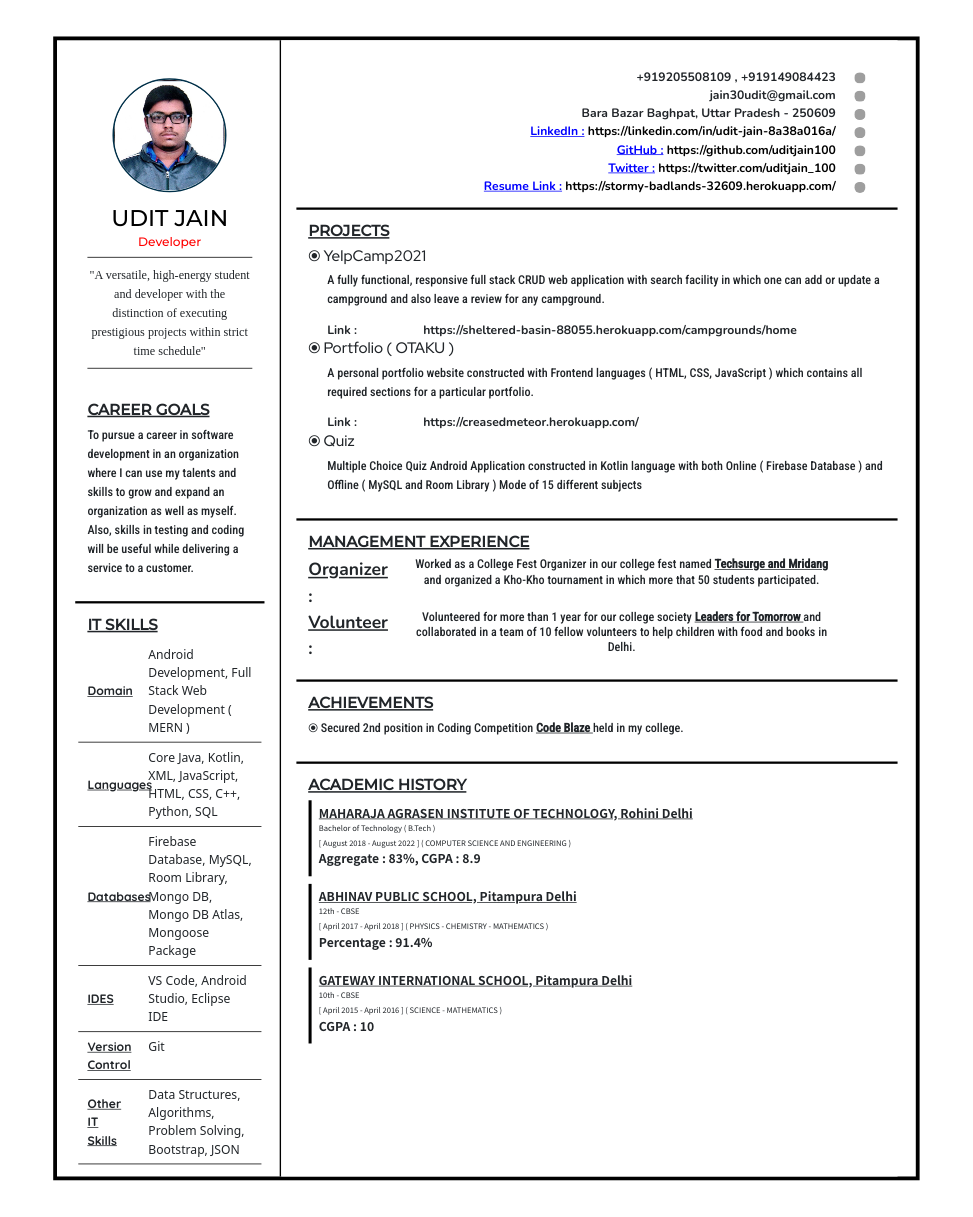
Repository: uditjain100/Resume
Page: app.html
An editor plug-in stored every save of this project. The page is shown before and after the next save, followed by the edit.
The browser window is 1280 px wide. The pictures show the whole page, at 76% of full size.
Pictures or frames that could not be fetched are drawn as grey boxes. Some web fonts or font styles are not loaded; a fallback is used.

Above is the page before, as saved 2021-05-27 21:00:41.

### app.html
<!DOCTYPE html>
<html lang="en">
	<head>
		<meta charset="UTF-8" />
		<meta http-equiv="X-UA-Compatible" content="IE=edge" />
		<meta name="viewport" content="width=device-width, initial-scale=1.0" />
		<title>RESUME : Udit Jain</title>
		<link rel="stylesheet" href="app.css" />
		<script
			src="https://code.jquery.com/jquery-3.5.1.min.js"
			integrity="sha256-9/aliU8dGd2tb6OSsuzixeV4y/faTqgFtohetphbbj0="
			crossorigin="anonymous"
		></script>
		<link
			href="https://cdn.jsdelivr.net/npm/bootstrap@5.0.0-beta1/dist/css/bootstrap.min.css"
			rel="stylesheet"
			integrity="sha384-giJF6kkoqNQ00vy+HMDP7azOuL0xtbfIcaT9wjKHr8RbDVddVHyTfAAsrekwKmP1"
			crossorigin="anonymous"
		/>

		<link rel="preconnect" href="https://fonts.gstatic.com" />
		<link
			href="https://fonts.googleapis.com/css2?family=Montserrat:wght@300;500&display=swap"
			rel="stylesheet"
		/>
		<link
			href="https://fonts.googleapis.com/css2?family=Roboto+Condensed:wght@500&display=swap"
			rel="stylesheet"
		/>
		<link
			href="https://fonts.googleapis.com/css2?family=Spartan:wght@500&display=swap"
			rel="stylesheet"
		/>
		<link
			href="https://fonts.googleapis.com/css2?family=Red+Hat+Display:wght@500&display=swap"
			rel="stylesheet"
		/>
		<link
			href="https://fonts.googleapis.com/css2?family=Ubuntu:wght@300&display=swap"
			rel="stylesheet"
		/>
		<link
			href="https://fonts.googleapis.com/css2?family=Quicksand:wght@700&display=swap"
			rel="stylesheet"
		/>
		<link
			href="https://fonts.googleapis.com/css2?family=Nunito:wght@700&display=swap"
			rel="stylesheet"
		/>
		<link
			href="https://fonts.googleapis.com/css2?family=Akaya+Kanadaka&display=swap"
			rel="stylesheet"
		/>
		<link
			href="https://fonts.googleapis.com/css2?family=Poppins:wght@400&display=swap"
			rel="stylesheet"
		/>
		<link
			href="https://fonts.googleapis.com/css2?family=Noto+Sans+JP&display=swap"
			rel="stylesheet"
		/>
	</head>
	<body>
		<main class="container row my-5 mx-auto" id="wholewindow">
			<section id="leftwindow" class="col-3">
				<article id="namebox">
					<img
						id="profileimg"
						src="profile.jpg"
						class="card-img-top"
						alt="..."
					/>
					<div class="card-body">
						<h3
							class="card-title"
							style="
								color: black;
								text-decoration: none;
								font-size: 30px;
								font-weight: 400;
							"
						>
							UDIT JAIN
						</h3>
						<h6 class="card-subtitle mx-auto">Developer</h6>
						<p id="summary">
							"A versatile, high-energy student and developer with the
							distinction of executing prestigious projects within strict time
							schedule"
						</p>
					</div>
				</article>

				<article class="card-body" id="goalbox">
					<h3 class="card-title">CAREER GOALS</h3>
					<p>
						To pursue a career in software development in an organization where
						I can use my talents and skills to grow and expand an organization
						as well as myself. Also, skills in testing and coding will be useful
						while delivering a service to a customer.
					</p>
				</article>

				<article class="card-body" id="itskillsbox">
					<h3 class="card-title">IT SKILLS</h3>
					<ul class="list-group">
						<li id="itskillsitem" class="row">
							<span class="col-4" id="que">Domain</span>
							<span class="col-8" id="ans"
								>Android Development, Full Stack Web Development ( MERN )</span
							>
						</li>
						<li id="itskillsitem" class="row">
							<span class="col-4" id="que">Languages</span>
							<span class="col-8" id="ans"
								>Core Java, Kotlin, XML, JavaScript, HTML, CSS, C++, Python,
								SQL</span
							>
						</li>
						<li id="itskillsitem" class="row">
							<span class="col-4" id="que">Databases</span>
							<span class="col-8" id="ans"
								>Firebase Database, MySQL, Room Library, Mongo DB, Mongo DB
								Atlas, Mongoose Package</span
							>
						</li>
						<li id="itskillsitem" class="row">
							<span class="col-4" id="que">IDES</span>
							<span class="col-8" id="ans"
								>VS Code, Android Studio, Eclipse IDE</span
							>
						</li>
						<li id="itskillsitem" class="row">
							<span class="col-4" id="que">Version Control</span>
							<span class="col-8" id="ans">Git</span>
						</li>
						<li id="itskillsitem" class="row">
							<span class="col-4" id="que">Other IT Skills</span>
							<span class="col-8" id="ans"
								>Data Structures, Algorithms, Problem Solving, Bootstrap,
								JSON</span
							>
						</li>
					</ul>
				</article>
			</section>
			<section id="rightwindow" class="col-9">
				<article class="card-body" id="contactbox">
					<ul class="list-group">
						<li id="contactitem" class="row">
							<div class="col-11">+919205508109 , +919149084423</div>
							<div class="col-1">
								<img
									src="https://cdn.jsdelivr.net/npm/simple-icons@3.0.1/icons/android.svg"
									alt=""
								/>
							</div>
						</li>
						<li id="contactitem" class="row">
							<div class="col-11">jain30udit@gmail.com</div>
							<div class="col-1">
								<img
									src="https://cdn.jsdelivr.net/npm/simple-icons@3.0.1/icons/gmail.svg"
									alt=""
								/>
							</div>
						</li>
						<li id="contactitem" class="row">
							<div class="col-11">
								Bara Bazar Baghpat, Uttar Pradesh - 250609
							</div>
							<div class="col-1">
								<img
									src="https://cdn.jsdelivr.net/npm/simple-icons@3.0.1/icons/googlemaps.svg"
									alt=""
								/>
							</div>
						</li>
						<li id="contactitem" class="row">
							<div class="col-11">
								<span>LinkedIn :</span>
								<a href="https://linkedin.com/in/udit-jain-8a38a016a/"
									>https://linkedin.com/in/udit-jain-8a38a016a/</a
								>
							</div>
							<div class="col-1">
								<img
									src="https://cdn.jsdelivr.net/npm/simple-icons@4.13.0/icons/linkedin.svg"
									alt=""
								/>
							</div>
						</li>
						<li id="contactitem" class="row">
							<div class="col-11">
								<span>GitHub :</span>
								<a href="https://github.com/uditjain100"
									>https://github.com/uditjain100</a
								>
							</div>
							<div class="col-1">
								<img
									src="https://cdn.jsdelivr.net/npm/simple-icons@4.13.0/icons/github.svg"
									alt=""
								/>
							</div>
						</li>
						<li id="contactitem" class="row">
							<div class="col-11">
								<span>Twitter :</span>
								<a href="https://twitter.com/uditjain_100"
									>https://twitter.com/uditjain_100</a
								>
							</div>
							<div class="col-1">
								<img
									src="https://cdn.jsdelivr.net/npm/simple-icons@4.13.0/icons/twitter.svg"
									alt=""
								/>
							</div>
						</li>
						<li id="contactitem" class="row">
							<div class="col-11">
								<span>Resume Link :</span>
								<a href="https://stormy-badlands-32609.herokuapp.com/"
									>https://stormy-badlands-32609.herokuapp.com/</a
								>
							</div>
							<div class="col-1">
								<img
									src="https://cdn.jsdelivr.net/npm/simple-icons@4.13.0/icons/webpack.svg"
									alt=""
								/>
							</div>
						</li>
					</ul>
				</article>

				<article class="card-body" id="projectbox">
					<h3 class="card-title">PROJECTS</h3>
					<ul class="list-group">
						<li id="projectitem">
							<h5 id="projecttitle">⦿ YelpCamp2021</h5>
							<div id="projectdetails">
								<p>
									A fully functional, responsive full stack CRUD web application
									with search facility in which one can add or update a
									campground and also leave a review for any campground.
								</p>
								<ul class="list-group">
									<li id="contactitem" class="row">
										<span class="col-2" style="font-weight: 700">Link : </span>
										<span id="link" class="col-10">
											https://sheltered-basin-88055.herokuapp.com/campgrounds/home
										</span>
									</li>
								</ul>
							</div>
						</li>
						<li id="projectitem">
							<h5 id="projecttitle">⦿ Portfolio ( OTAKU )</h5>
							<div id="projectdetails">
								<p>
									A personal portfolio website constructed with Frontend
									languages ( HTML, CSS, JavaScript ) which contains all
									required sections for a particular portfolio.
								</p>
								<ul class="list-group">
									<li id="contactitem" class="row">
										<span class="col-2" style="font-weight: 700">Link : </span>
										<span id="link" class="col-10">
											https://creasedmeteor.herokuapp.com/
										</span>
									</li>
								</ul>
							</div>
						</li>
						<li id="projectitem">
							<h5 id="projecttitle">⦿ Quiz</h5>
							<div id="projectdetails">
								<p>
									Multiple Choice Quiz Android Application constructed in Kotlin
									language with both Online ( Firebase Database ) and Offline (
									MySQL and Room Library ) Mode of 15 different subjects
								</p>
							</div>
						</li>
					</ul>
				</article>

				<article class="card-body" id="managementskillsbox">
					<h3 class="card-title">MANAGEMENT EXPERIENCE</h3>
					<ul class="list-group">
						<li id="managementskillsitem" class="row">
							<span id="tag" class="col-2"><span>Organizer</span> : </span>
							<p class="col-9">
								Worked as a College Fest Organizer in our college fest named
								<span style="font-weight: 700; text-decoration: underline"
									>Techsurge and Mridang
								</span>
								and organized a Kho-Kho tournament in which more that 50
								students participated.
							</p>
						</li>
						<li id="managementskillsitem" class="row">
							<span id="tag" class="col-2"><span>Volunteer</span> : </span>
							<p class="col-9">
								Volunteered for more than 1 year for our college society
								<span style="font-weight: 700; text-decoration: underline"
									>Leaders for Tomorrow </span
								>and collaborated in a team of 10 fellow volunteers to help
								children with food and books in Delhi.
							</p>
						</li>
					</ul>
				</article>

				<article class="card-body" id="achievementsbox">
					<h3 class="card-title">ACHIEVEMENTS</h3>
					<ul class="list-group">
						<li id="achievementitem" class="row">
							<p>
								⦿ Secured 2nd position in Coding Competition
								<span style="font-weight: 700; text-decoration: underline"
									>Code Blaze
								</span>
								held in my college.
							</p>
						</li>
					</ul>
				</article>

				<article class="card-body" id="educationbox">
					<h3 class="card-title">ACADEMIC HISTORY</h3>
					<ul class="list-group">
						<li id="educationitem">
							<h6 id="institutename">
								MAHARAJA AGRASEN INSTITUTE OF TECHNOLOGY, Rohini Delhi
							</h6>
							<h6 id="stream">Bachelor of Technology ( B.Tech )</h6>
							<h6 id="subjects">
								[ August 2018 - August 2022 ] ( COMPUTER SCIENCE AND ENGINEERING
								)
							</h6>
							<h6 id="marks">Aggregate : 83%, CGPA : 8.9</h6>
						</li>
						<li id="educationitem">
							<h6 id="institutename">ABHINAV PUBLIC SCHOOL, Pitampura Delhi</h6>
							<h6 id="stream">12th - CBSE</h6>
							<h6 id="subjects">
								[ April 2017 - April 2018 ] ( PHYSICS - CHEMISTRY - MATHEMATICS
								)
							</h6>
							<h6 id="marks">Percentage : 91.4%</h6>
						</li>
						<li id="educationitem">
							<h6 id="institutename">
								GATEWAY INTERNATIONAL SCHOOL, Pitampura Delhi
							</h6>
							<h6 id="stream">10th - CBSE</h6>
							<h6 id="subjects">
								[ April 2015 - April 2016 ] ( SCIENCE - MATHEMATICS )
							</h6>
							<h6 id="marks">CGPA : 10</h6>
						</li>
					</ul>
				</article>
			</section>
		</main>
	</body>
</html>

### app.css
/* * Common Section */

@keyframes transitionIn {
	from {
		opacity: 0;
		transform: rotateY(-10deg);
	}
	to {
		opacity: 1;
		transform: rotateY(0);
	}
}

html {
	animation: transitionIn 1s;
}

p {
	font-family: "Roboto Condensed", sans-serif;
	line-height: 25px;
}

ul {
	list-style: none;
}
article {
	border-bottom: 3px black solid;
}

.card-title {
	font-family: "Montserrat";
	text-decoration: underline;
	font-weight: 900;
	font-size: 20px;
}

.card-subtitle {
	color: red;
}

.footer {
	position: -webkit-sticky;
	left: 0;
	bottom: 0;
	width: 100%;
	color: white;
	text-align: center;
	font-family: "Montserrat";
}

/*  ********************* resume work */

#wholewindow {
	border: 5px black solid;
	display: flex;
	flex-direction: row;
	flex-wrap: wrap;
	justify-content: space-evenly;
	/* align-items: center; */
}

#leftwindow {
	padding: 40px 20px 0px 0px;
	border-right: 2px black solid;
	min-width: 250px;
}

#rightwindow {
	padding: 20px 0px 0px 20px;
	min-width: 250px;
	background-color: white;
}

#namebox {
	display: flex;
	flex-direction: column;
	flex-wrap: wrap;
	align-items: center;
	text-align: center;
	font-family: "Montserrat";
	border: none;
}

#profileimg {
	width: 150px;
	height: 150px;
	border-radius: 50%;
	border: 2px #003049 solid;
	margin-top: 10px;
}
#summary {
	font-family: "Akaya Kanadaka";
	margin-top: 10px;
	margin-bottom: 10px;
	padding-top: 10px;
	padding-bottom: 10px;

	border-bottom: 1px black solid;
	border-top: 1px black solid;
}

#managementskillsitem p {
	line-height: 20px;
	text-align: center;
}

#tag {
	font-family: "Nunito";
	font-size: 23px;
	font-weight: 900;
	text-align: left;
}

#tag span {
	text-decoration: underline;
}

li img {
	width: 15px;
	height: 15px;
	border-radius: 50%;
	margin-right: 5px;
}

#itskillsbox,
#educationbox {
	border: none;
}

#itskillsitem {
	border-bottom: 1px black solid;
	padding: 7px 0px 7px 0px;
}

#que {
	font-family: "Quicksand";
	text-decoration: underline;
	font-size: 16px;
	font-weight: 800;
	display: flex;
	align-items: center;
}

#contactitem {
	font-family: "Nunito";
}

#contactitem .col-11 {
	text-align: end;
}

#contactitem div a {
	text-decoration: none;
	color: black;
}

#contactitem div a:hover {
	text-decoration: underline;
	color: blue;
}

#contactitem .col-11 span {
	font-weight: 600;
	color: blue;
	text-decoration: underline;
}

#educationtitle {
	font-family: "Red Hat Display";
	font-weight: 200;
}

#educationitem {
	margin-bottom: 10px;
	padding: 10px 0px 10px 10px;
	border-left: 4px black solid;
}

#educationbox {
	font-family: "Noto Sans JP";
}

#educationitem h6 {
	line-height: 12px;
}

#institutename {
	text-decoration: underline;
	font-weight: 800;
	font-size: 16px;
}

#timestamp {
	font-size: 10px;
}

#stream {
	font-size: 10px;
	font-weight: 400;
}

#subjects {
	font-size: 10px;
	font-weight: 300;
}

#marks {
	/* font-size: 15px; */
	font-weight: 700;
}

#projecttitle {
	font-family: "Red Hat Display";
}

#projectdetails {
	margin-left: 25px;
}

After the next save:
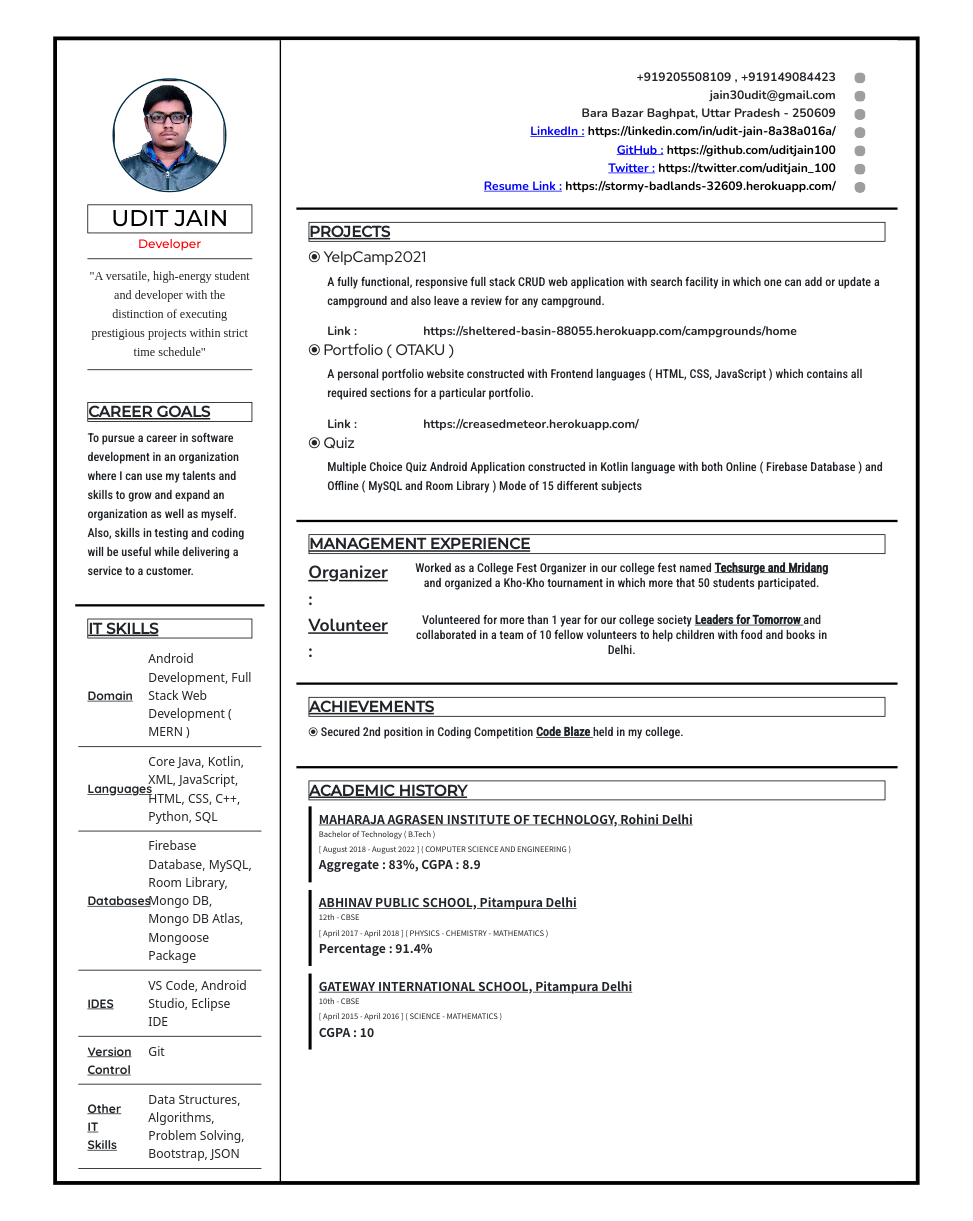
Saved 19 min 40 s later.
--- a/app.css
+++ b/app.css
@@ -32,6 +32,7 @@ article {
 	text-decoration: underline;
 	font-weight: 900;
 	font-size: 20px;
+	border: 1px black solid;
 }
 
 .card-subtitle {
